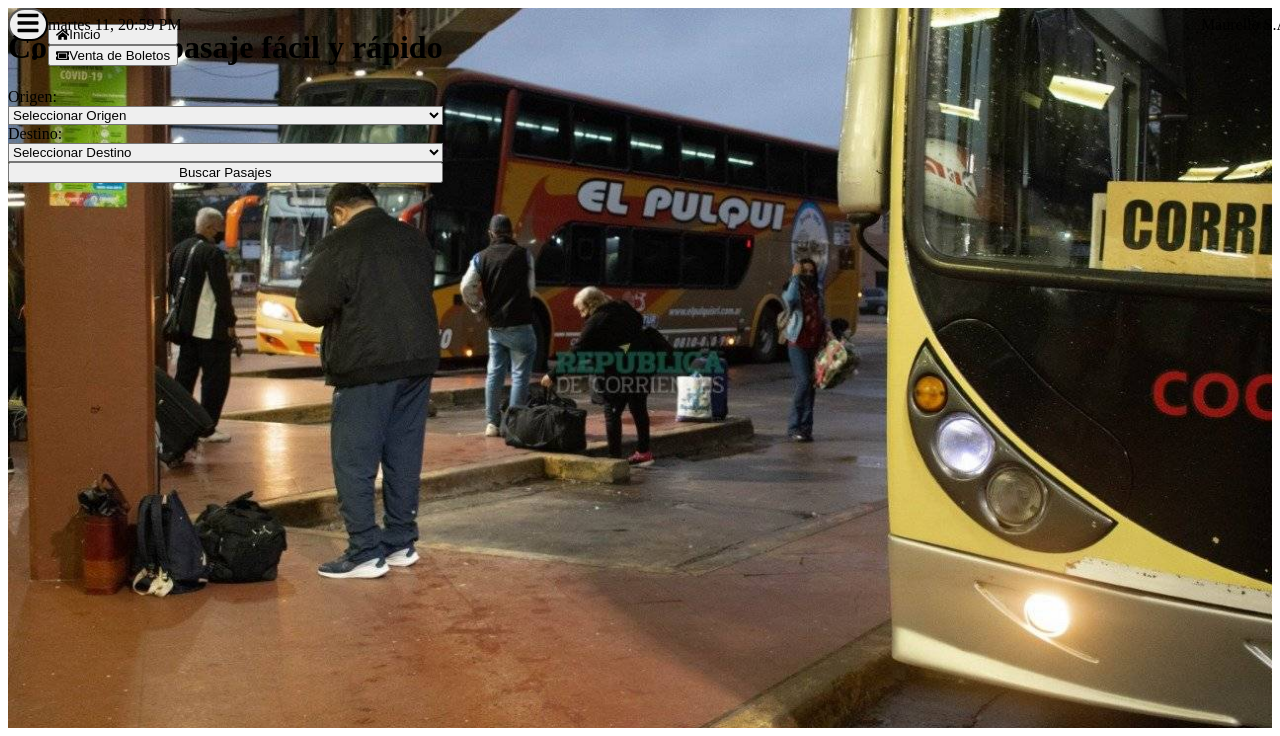
Repository: francoluca35/ventaboletos
Page: /ventaboleto
These files come from the project's save history. The page is drawn as it stood at one moment and after the next save; the edit follows.
The browser window is 1280 px wide. The pictures show the whole page.
The page's requests for data from a server got no answer. The project was rebuilt for these pictures with package versions that can differ from the ones it lists, and the page was loaded fresh each time. The framework's server and built-in components were replaced by stand-ins that run in the browser. No one was signed in, and anything a server would have sent is missing. Also part of the build but not shown: next.config.mjs.

Above is the page before, as saved 2025-03-17 16:42:10.

After the next save:
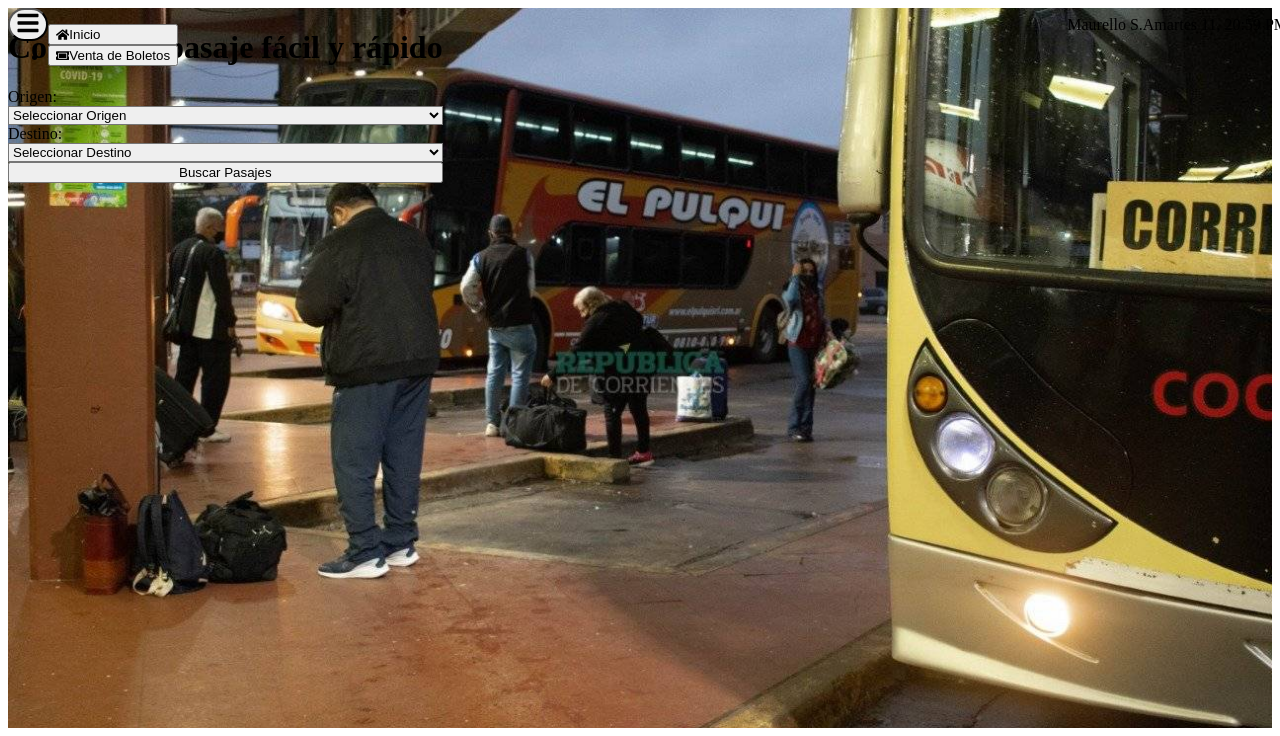
Saved 69 s later.
--- a/src/app/components/Sidebar.js
+++ b/src/app/components/Sidebar.js
@@ -34,17 +34,19 @@
     <div>
       {/* Header Fijo */}
       <div className="fixed top-0 left-0 w-full bg-gray-400 text-black shadow-md flex justify-between items-center p-4 z-50">
-        <div className="flex items-center">
-          {/* Botón para abrir/cerrar Sidebar */}
-          <button
-            onClick={() => setIsOpen(!isOpen)}
-            className="text-white bg-red-600 p-3 rounded-full mr-4"
-          >
-            {isOpen ? <FaTimes size={24} /> : <FaBars size={24} />}
-          </button>
-          <span className="text-lg font-bold ">{formatDate(time)}, {formatTime(time)} PM</span>
+        {/* Botón de Menú */}
+        <button
+          onClick={() => setIsOpen(!isOpen)}
+          className="text-white bg-red-600 p-3 rounded-full"
+        >
+          {isOpen ? <FaTimes size={24} /> : <FaBars size={24} />}
+        </button>
+
+        {/* Nombre de Empresa y Hora */}
+        <div className="flex items-center space-x-4">
+          <span className="font-semibold text-lg">Maurello S.A</span>
+          <span className="text-md font-medium">{formatDate(time)}, {formatTime(time)} PM</span>
         </div>
-        <span className="font-semibold">Maurello S.A</span>
       </div>
 
       {/* Sidebar Desplegable */}
@@ -54,7 +56,7 @@
         } z-40`}
       >
         {/* Opciones de Navegación */}
-        <ul className="mt-20 space-y-4"> {/* Espaciado para evitar solapamiento con el header */}
+        <ul className="mt-20 space-y-4">
           <li className="px-4 py-2 hover:bg-gray-500 cursor-pointer">
             <button onClick={() => handleNavigation("/")} className="flex items-center gap-2 w-full text-left">
               <FaHome /> Inicio
